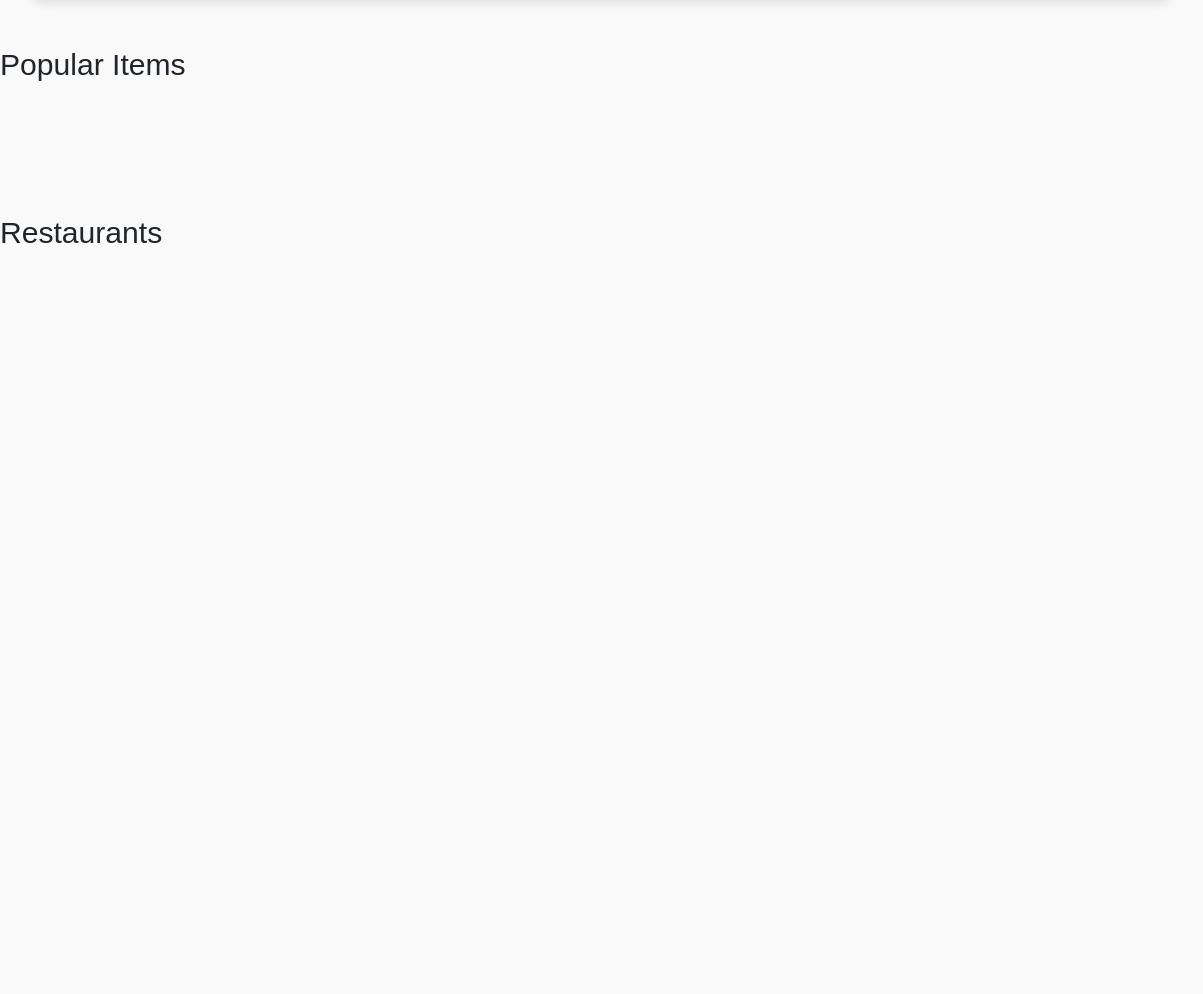
Repository: Sujith-B-S/Food-Application
Page: http://localhost/FoodApplication/home.jsp
An editor plug-in stored every save of this project. The page is shown before and after the next save, followed by the edit.
The browser window is 1280 px wide. The pictures show the part of the page from y = 400 to 1457 px (the page is 1457 px tall before and 1437 px after), at 94% of full size.
Some web fonts or font styles are not loaded; a fallback is used. Some web libraries are served in a nearby version. The page is served by Tomcat 9.

Above is the page before, as saved 2024-12-08 17:30:56.

After the next save:
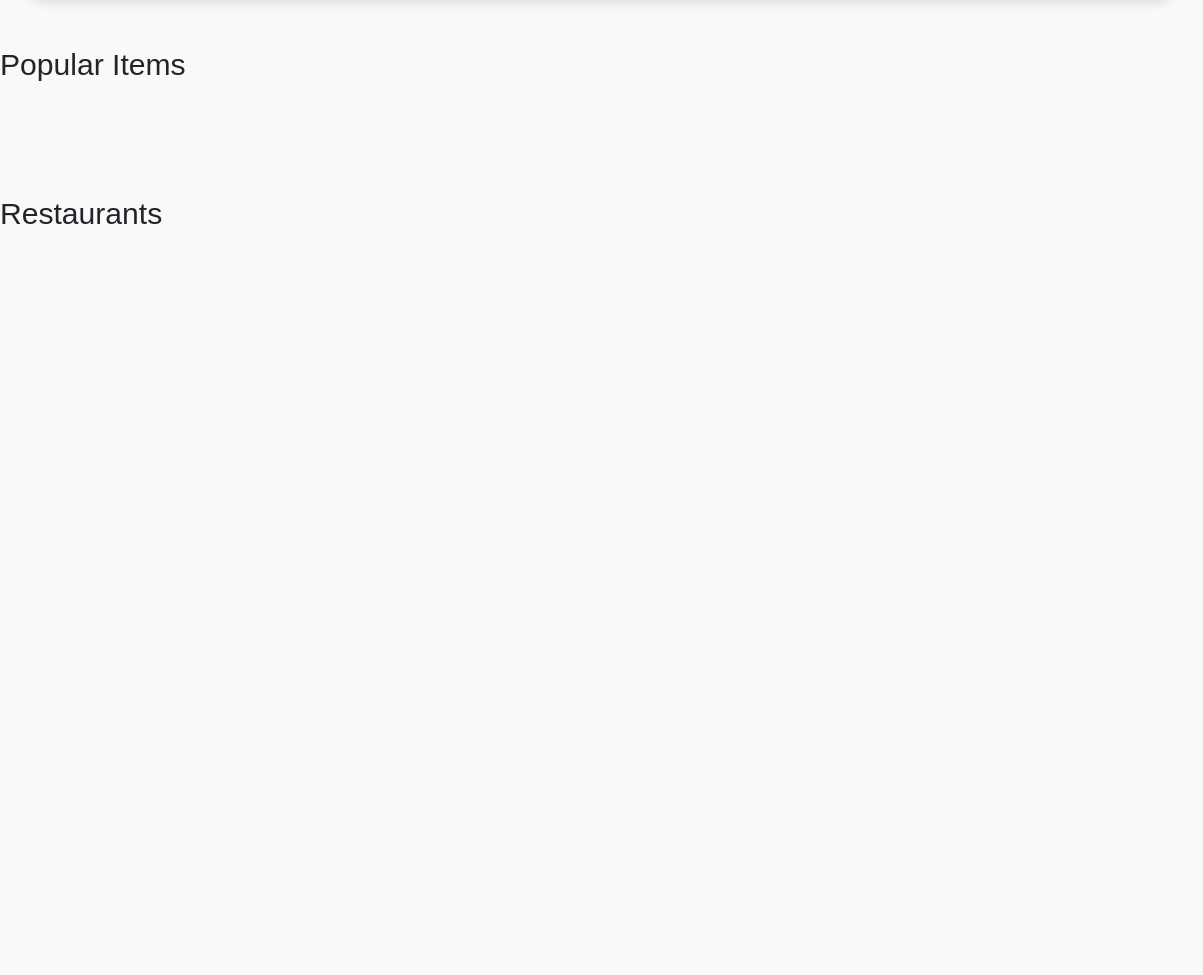
Saved 13 s later.
--- a/FoodApplication/src/main/webapp/home.jsp
+++ b/FoodApplication/src/main/webapp/home.jsp
@@ -194,7 +194,7 @@
         }
         .container-item {
             margin: 50px;
-            margin-top: 50px;
+            margin-top: 30px;
             display: grid;
             grid-template-columns: repeat(auto-fit, minmax(250px, 1fr));
             gap: 50px;
